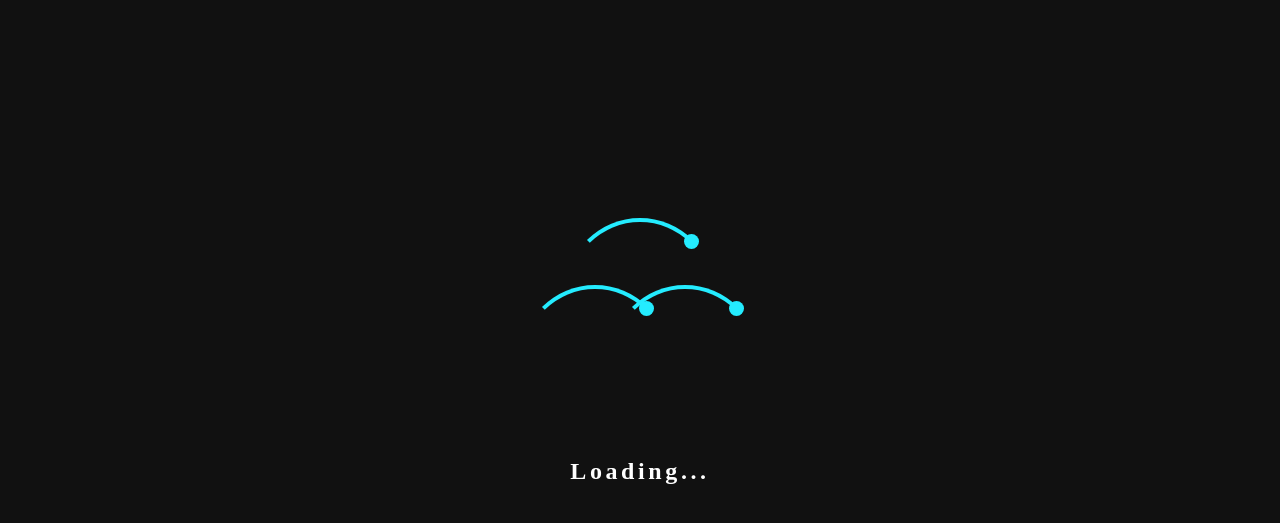
Repository: kiranjeetkaur01/csseffect.github.io
Page: index.html
These files come from the project's save history. The page is drawn as it stood at one moment and after the next save; the edit follows.
The browser window is 1280 px wide. The pictures show the whole page.

Above is the page before, as saved 2023-09-08 11:46:27.

After the next save:
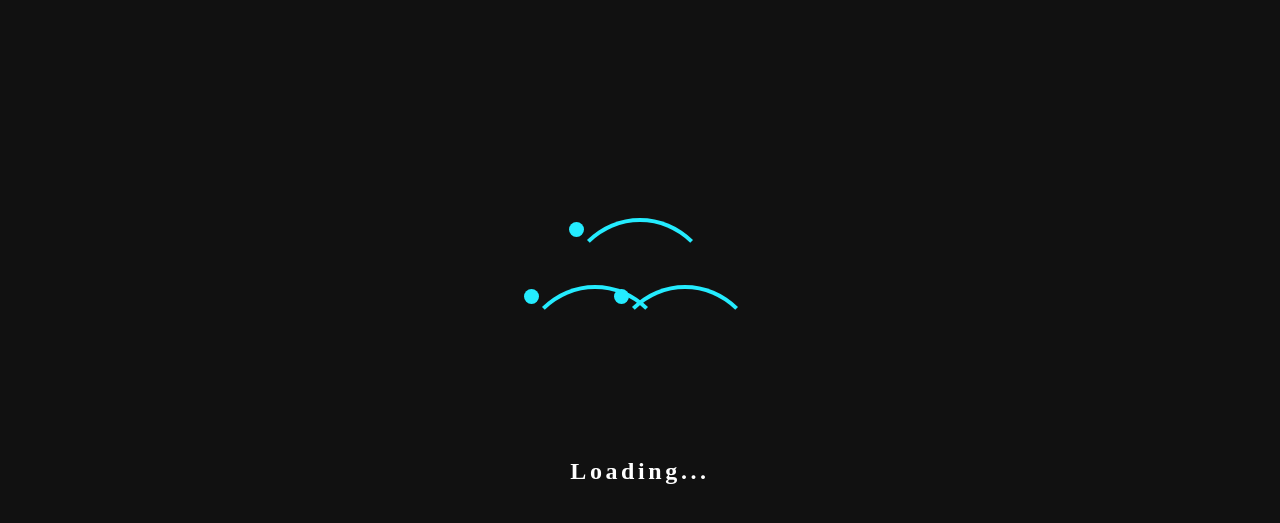
Saved 29 s later.
--- a/style.css
+++ b/style.css
@@ -30,8 +30,8 @@
 .container .ring::before{
     position: absolute;
     content: "";
-    top: 12px;
-    right: 12px;
+    /* top: 12px;
+    right: 12px; */
     border-radius: 50%;
     width: 15px;
     height: 15px;

After the save that followed:
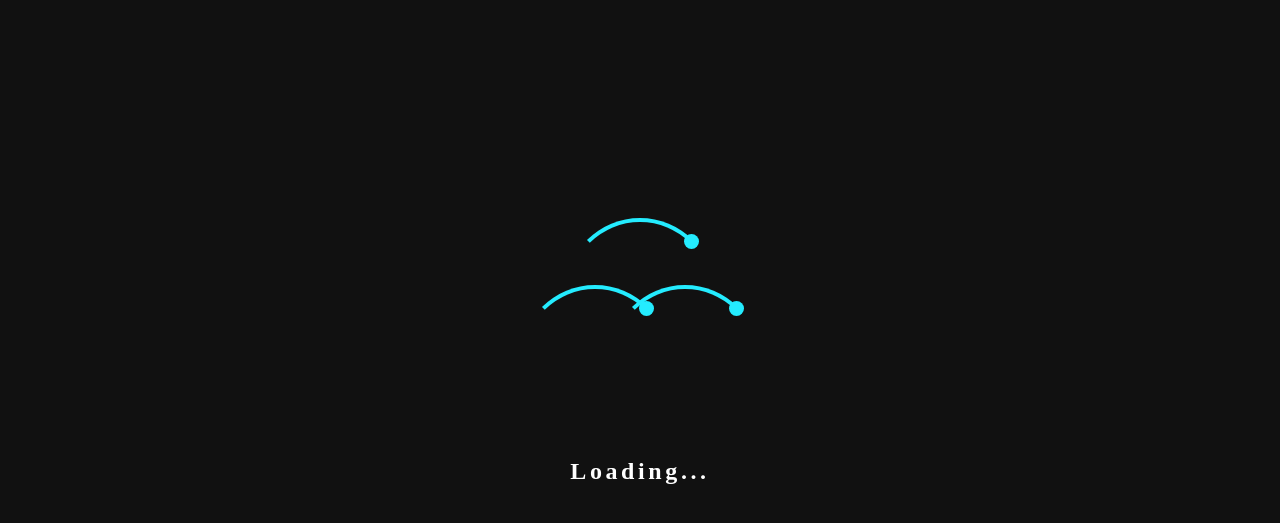
Saved 13 s later.
--- a/style.css
+++ b/style.css
@@ -30,8 +30,8 @@
 .container .ring::before{
     position: absolute;
     content: "";
-    /* top: 12px;
-    right: 12px; */
+    top: 12px;
+    right: 12px;
     border-radius: 50%;
     width: 15px;
     height: 15px;
